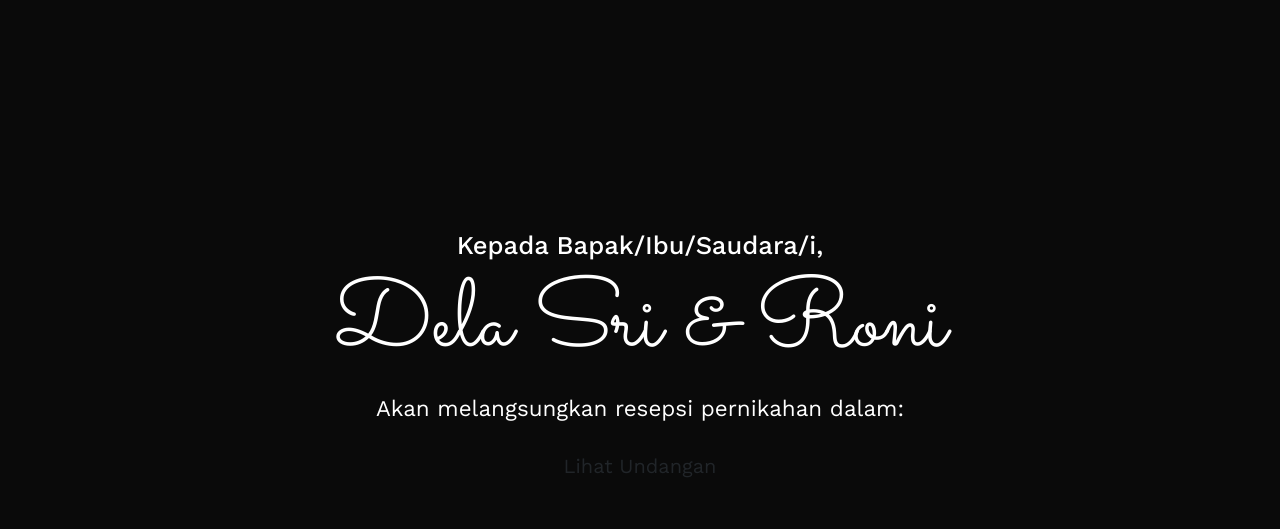
Repository: sellayspy/invitation
Page: index.html
An editor plug-in stored every save of this project. The page is shown before and after the next save, followed by the edit.
The browser window is 1280 px wide. The pictures show the whole page.

Above is the page before, as saved 2024-07-08 14:38:47.

After the next save:
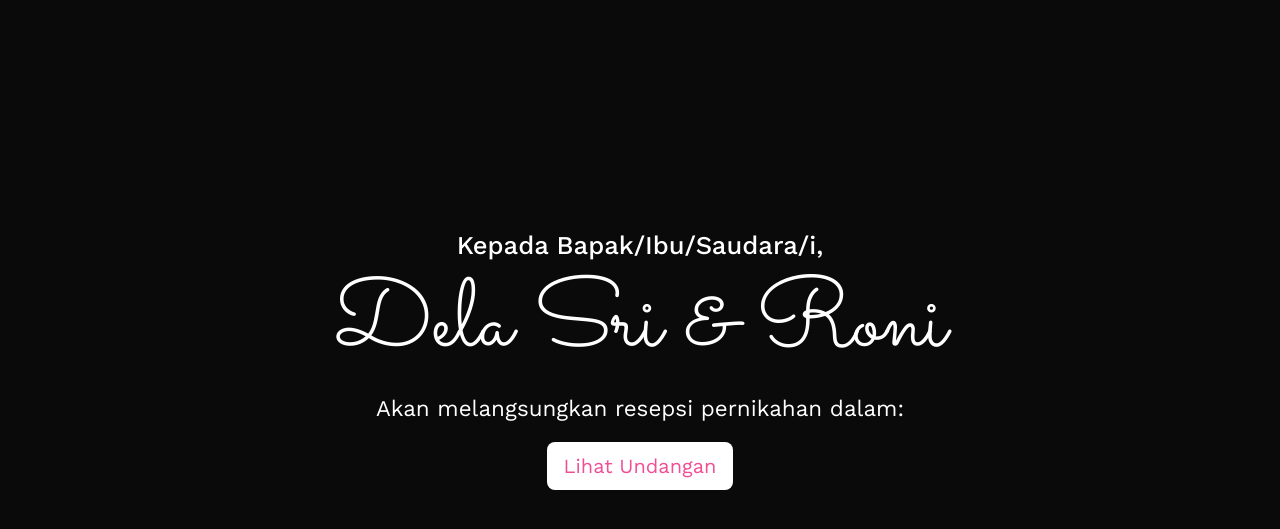
Saved 47 s later.
--- a/style.css
+++ b/style.css
@@ -29,3 +29,14 @@ body {
 .hero p {
   font-size: 1.4rem;
 }
+
+.hero a {
+  color: var(--pink);
+
+  background-color: white;
+}
+
+.hero a:hover {
+  background-color: var(--pink);
+  color: white;
+}
